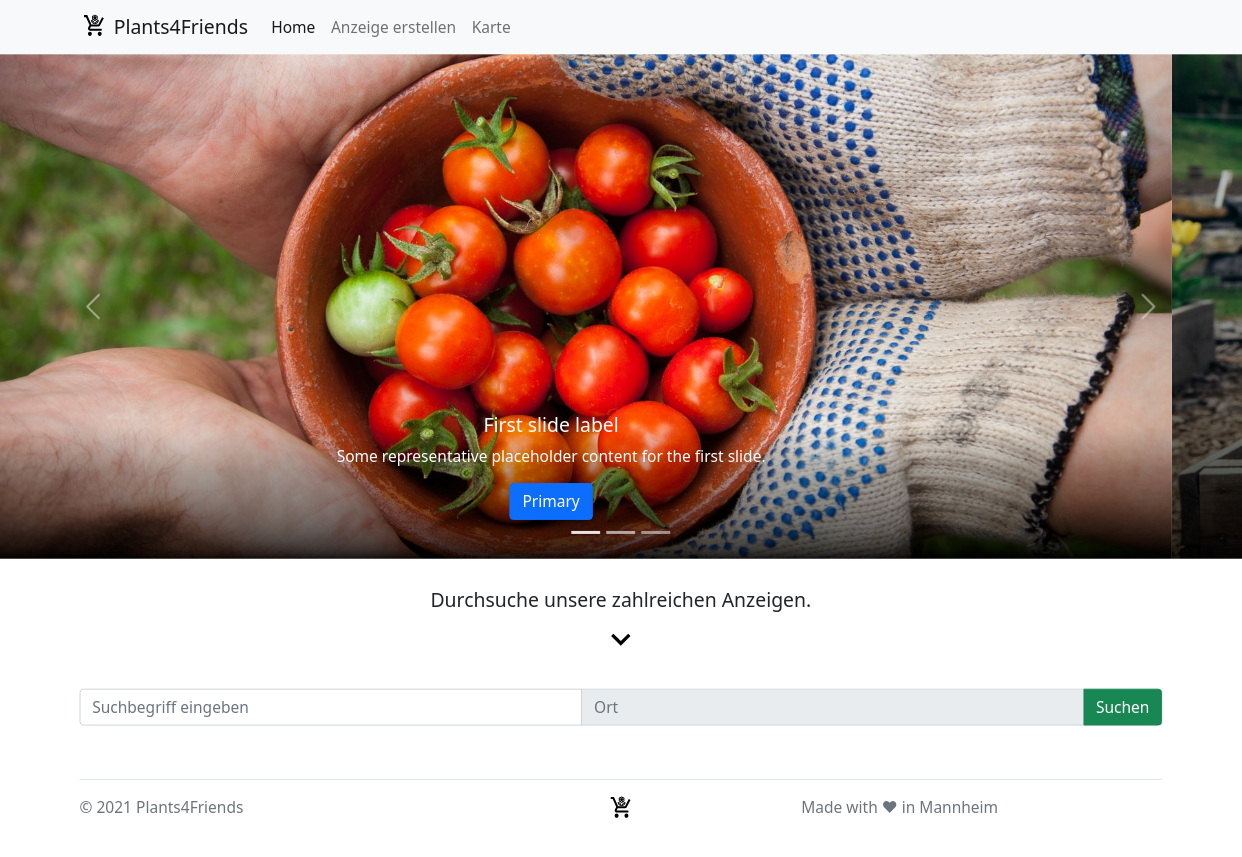
Repository: Carlson43/PlantsForFriends
Page: Website/index.html
An editor plug-in stored every save of this project. The page is shown before and after the next save, followed by the edit.
The browser window is 1280 px wide. The pictures show the whole page, at 97% of full size.

Above is the page before, as saved 2022-01-13 12:15:27.

After the next save:
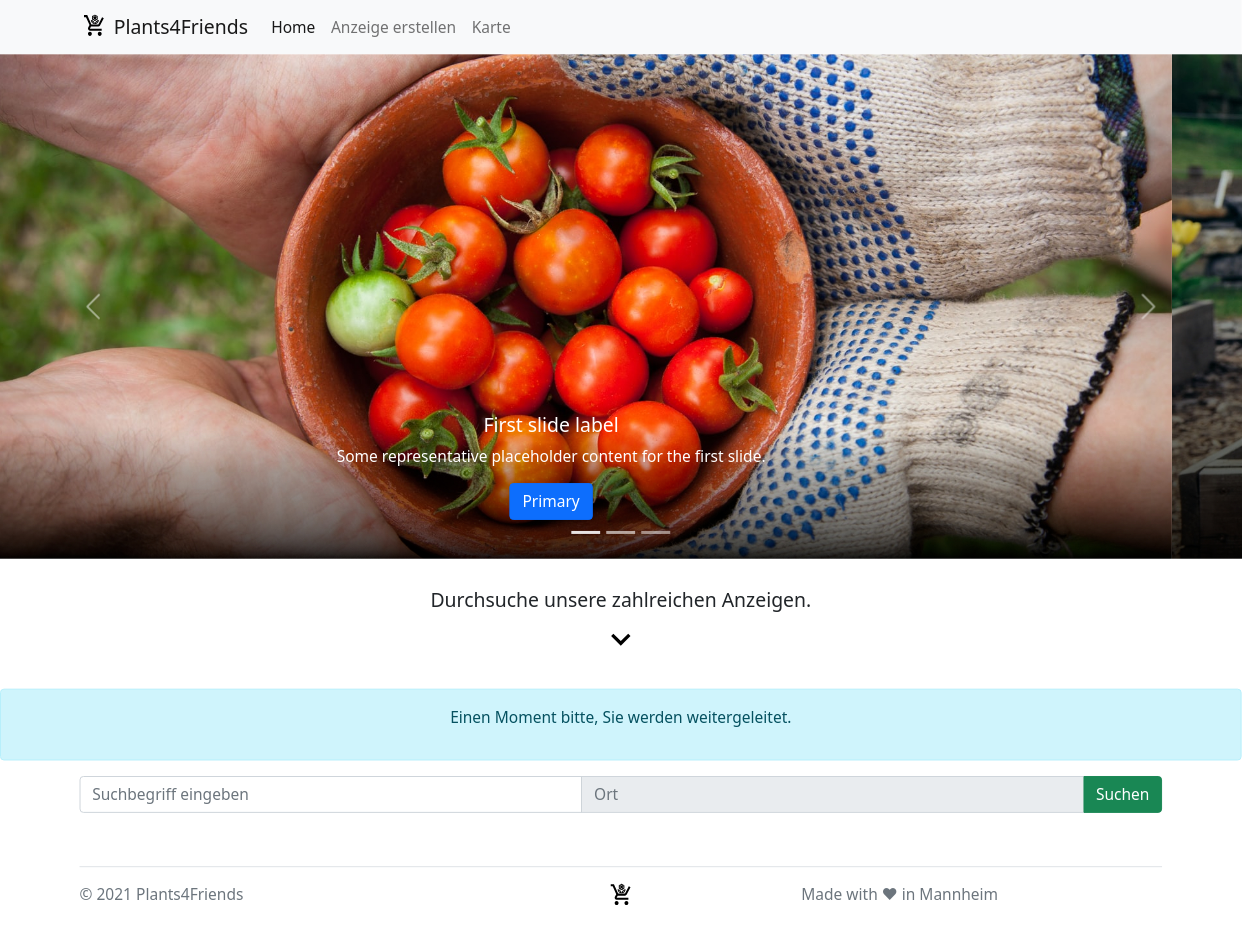
Saved 29 min 12 s later.
--- a/Website/index.html
+++ b/Website/index.html
@@ -123,6 +123,12 @@
       </p>
   </div>
 
+  <div class="alert alert-info"  role="alert" id = "not_found" color = red >
+    <p class="text-center">
+     <i class="fa fa-exclamation-triangle" aria-hidden="true"></i>Einen Moment bitte, Sie werden weitergeleitet.
+    </p>
+</div>
+
     <!-- Input / Search Group -->
       <div class="container-md">
         <div class="input-group">
